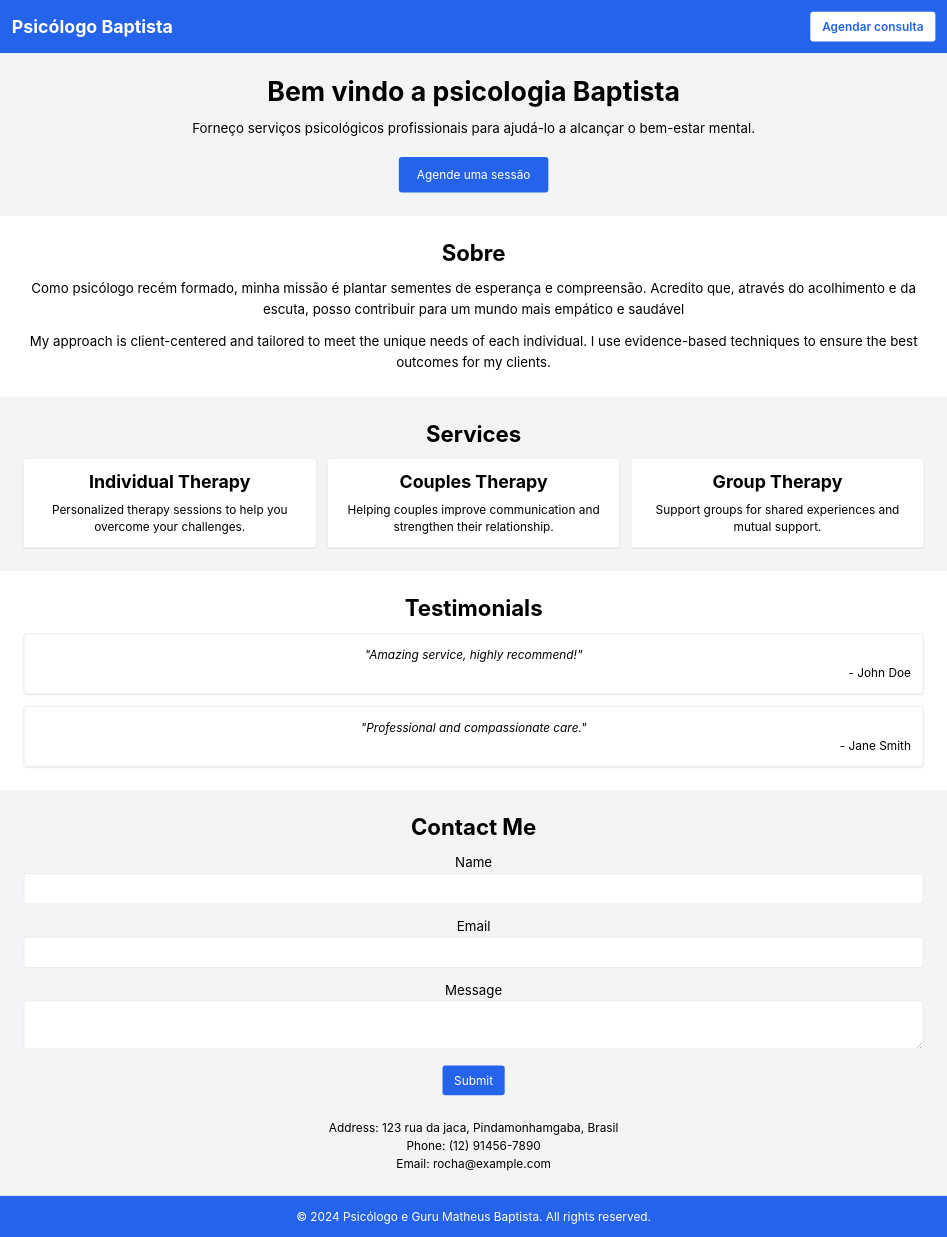
Repository: SrNascimento40/psychologist-portfolio
Page: /
The author's editor kept a copy of each file at every save. The page is drawn from the files as they stood at one save, then again after a run of saves.
The browser window is 1280 px wide. The pictures show the whole page, at 74% of full size.
The project was rebuilt for these pictures with package versions that can differ from the ones it lists, and the page was loaded fresh each time. Also part of the build but not shown: vite.config.ts.

Above is the page before, as saved 2024-07-04 17:34:19.

### index.html
<!doctype html>
<html lang="en">
  <head>
    <meta charset="UTF-8" />
    <link rel="icon" type="image/svg+xml" href="/vite.svg" />
    <meta name="viewport" content="width=device-width, initial-scale=1.0" />
    <title>Psicólogo e Guru Baptista</title>
  </head>
  <body>
    <div id="root"></div>
    <script type="module" src="/src/main.tsx"></script>
  </body>
</html>

### src/App.tsx
import './App.css'
import Header from './Header'
import Hero from './Hero'
import About from './About'
import Services from './Services'
import Testimonials from './Testimonials'
import Contact from './Contact'
import Footer from './Footer'

function App() {

  return (
    <div>
      <Header />
      <main>
          <Hero />
          <About />
          <Services />
          <Testimonials />
          <Contact />
      </main>
      <Footer />
    </div>
  )
}

export default App

### src/index.css
@tailwind base;
@tailwind components;
@tailwind utilities;

:root {
  font-family: Inter, system-ui, Avenir, Helvetica, Arial, sans-serif;

  /* color-scheme: light dark;
  color: rgba(255, 255, 255, 0.87);
  background-color: #242424; */

  /* font-synthesis: none;
  text-rendering: optimizeLegibility;
  -webkit-font-smoothing: antialiased;
  -moz-osx-font-smoothing: grayscale; */
}


/* @media (prefers-color-scheme: light) {
  :root {
    color: #213547;
    background-color: #ffffff;
  }
  a:hover {
    color: #747bff;
  }
  button {
    background-color: #f9f9f9;
  }
} */

### src/App.css
#root {
  margin: 0;
  padding: 0;
  text-align: center;
}

### src/Header.tsx

import './App.css'

export default function Header() {

  return (
    <header className="bg-blue-600 text-white p-4">
      <div className="container mx-auto flex justify-between items-center">
          <div className="text-2xl font-bold">Psicólogo Baptista</div>
          <button className="bg-white font-semibold text-blue-600 px-4 py-2 rounded">Agendar consulta</button>
      </div>
    </header>
  )
}

### src/Hero.tsx
import { useState } from 'react'
import './App.css'

export default function Hero() {
  const [count, setCount] = useState(0)

  return (
    <section id="home" className="bg-gray-100 p-8 text-center">
    <h1 className="text-4xl font-bold mb-4">Bem vindo a psicologia Baptista</h1>
    <p className="text-lg mb-6">Forneço serviços psicológicos profissionais para ajudá-lo a alcançar o bem-estar mental.</p>
    <button className="bg-blue-600 text-white px-6 py-3 rounded">Agende uma sessão</button>
</section>  )
}

### src/About.tsx
import { useState } from 'react'
import './App.css'

export default function About() {
  const [count, setCount] = useState(0)

  return (
    <section id="about" className="bg-white p-8">
      <h2 className="text-3xl font-bold mb-4">Sobre</h2>
      <p className="text-lg mb-4">
        Como psicólogo recém formado, minha missão é plantar sementes de esperança e compreensão.
        Acredito que, através do acolhimento e da escuta, posso contribuir para um mundo mais empático e saudável
      </p>
      <p className="text-lg">
          My approach is client-centered and tailored to meet the unique needs of each individual. I use evidence-based techniques to ensure the best outcomes for my clients.
      </p>
    </section>
  )
}

### src/Services.tsx
import './App.css'

export default function Services() {
  const services = [
    { title: 'Individual Therapy', description: 'Personalized therapy sessions to help you overcome your challenges.' },
    { title: 'Couples Therapy', description: 'Helping couples improve communication and strengthen their relationship.' },
    { title: 'Group Therapy', description: 'Support groups for shared experiences and mutual support.' },
  ];

  return (
    <section id="services" className="bg-gray-100 p-8">
      <h2 className="text-3xl font-bold mb-4">Services</h2>
      <div className="grid grid-cols-1 md:grid-cols-3 gap-4">
          {services.map((service, index) => (
              <div key={index} className="bg-white p-4 rounded shadow">
                  <h3 className="text-2xl font-bold mb-2">{service.title}</h3>
                  <p>{service.description}</p>
              </div>
          ))}
      </div>
    </section>
  )
}

### src/Testimonials.tsx
import './App.css'

export default function Testimonials() {
  const testimonials = [
    { name: 'John Doe', quote: 'Amazing service, highly recommend!' },
    { name: 'Jane Smith', quote: 'Professional and compassionate care.' },
  ];

  return (
    <section id="testimonials" className="bg-white p-8">
        <h2 className="text-3xl font-bold mb-4">Testimonials</h2>
        <div className="space-y-4">
            {testimonials.map((testimonial, index) => (
                <div key={index} className="border p-4 rounded shadow">
                    <p className="italic">"{testimonial.quote}"</p>
                    <p className="text-right">- {testimonial.name}</p>
                </div>
            ))}
        </div>
    </section>
  )
}

### src/Contact.tsx
import './App.css'

export default function Contact() {
  return (
    <section id="contact" className="bg-gray-100 p-8">
      <h2 className="text-3xl font-bold mb-4">Contact Me</h2>
      <form className="space-y-4">
          <div>
              <label className="block text-lg">Name</label>
              <input type="text" className="w-full p-2 border rounded" />
          </div>
          <div>
              <label className="block text-lg">Email</label>
              <input type="email" className="w-full p-2 border rounded" />
          </div>
          <div>
              <label className="block text-lg">Message</label>
              <textarea className="w-full p-2 border rounded"></textarea>
          </div>
          <button type="submit" className="bg-blue-600 text-white px-4 py-2 rounded">Submit</button>
      </form>
      <div className="mt-8">
          <p>Address: 123 rua da jaca, Pindamonhamgaba, Brasil</p>
          <p>Phone: (12) 91456-7890</p>
          <p>Email: rocha@example.com</p>
      </div>
    </section>
  )
}

### src/Footer.tsx
import './App.css'

export default function Footer() {

  return (
    <footer className="bg-blue-600 text-white p-4 text-center">
        <p>&copy; 2024 Psicólogo e Guru Matheus Baptista. All rights reserved.</p>
    </footer>
  )
}

Loaded but not shown: src/main.tsx (common file); tailwind.config.js (common file)

After the next 3 saves:
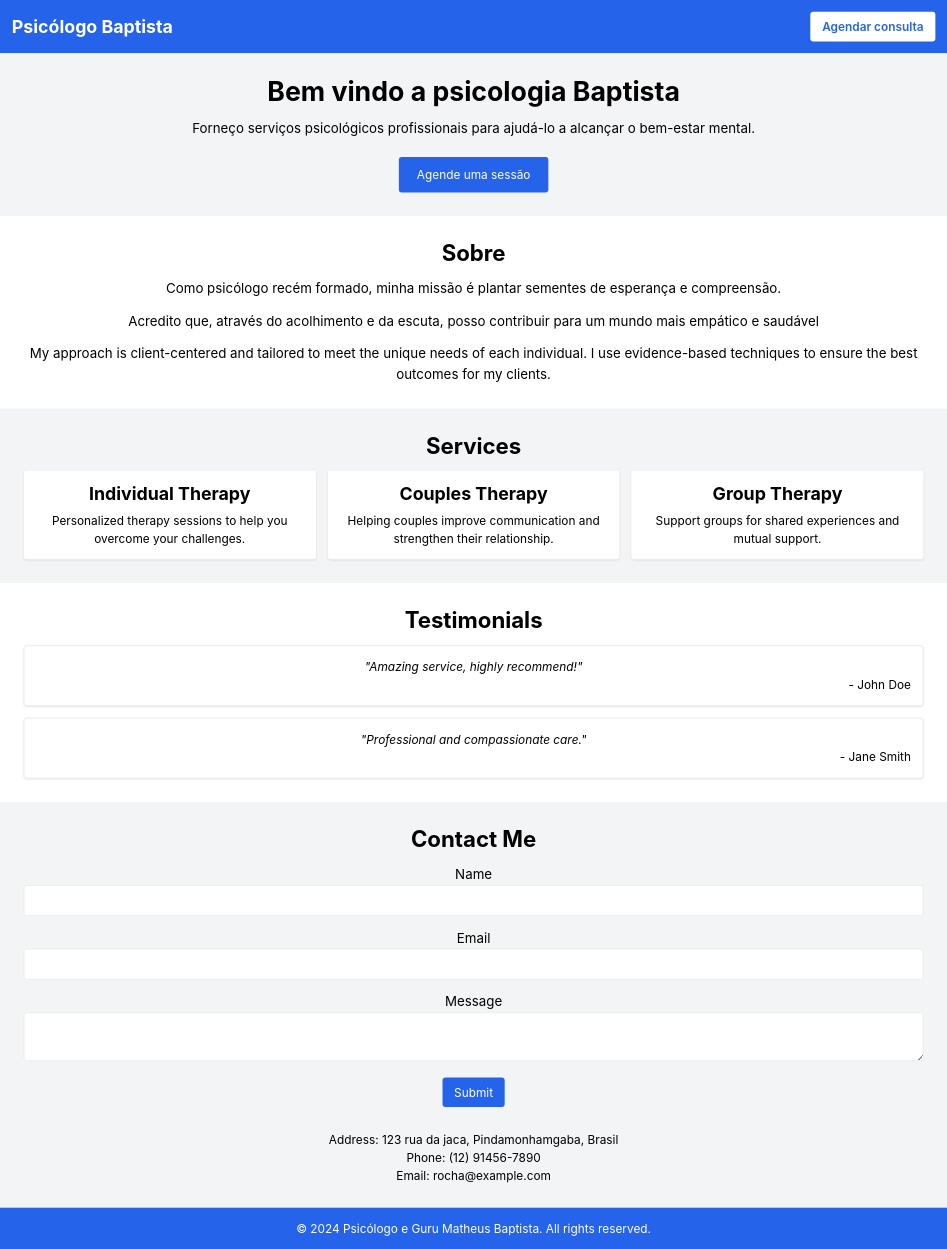
The 3 saves are shown as one change because 1 did not build or start and some came seconds apart.
The last was saved 11 s later.
--- a/src/About.tsx
+++ b/src/About.tsx
@@ -9,6 +9,8 @@ export default function About() {
       <h2 className="text-3xl font-bold mb-4">Sobre</h2>
       <p className="text-lg mb-4">
         Como psicólogo recém formado, minha missão é plantar sementes de esperança e compreensão.
+      </p>
+      <p className="text-lg mb-4">
         Acredito que, através do acolhimento e da escuta, posso contribuir para um mundo mais empático e saudável
       </p>
       <p className="text-lg">
